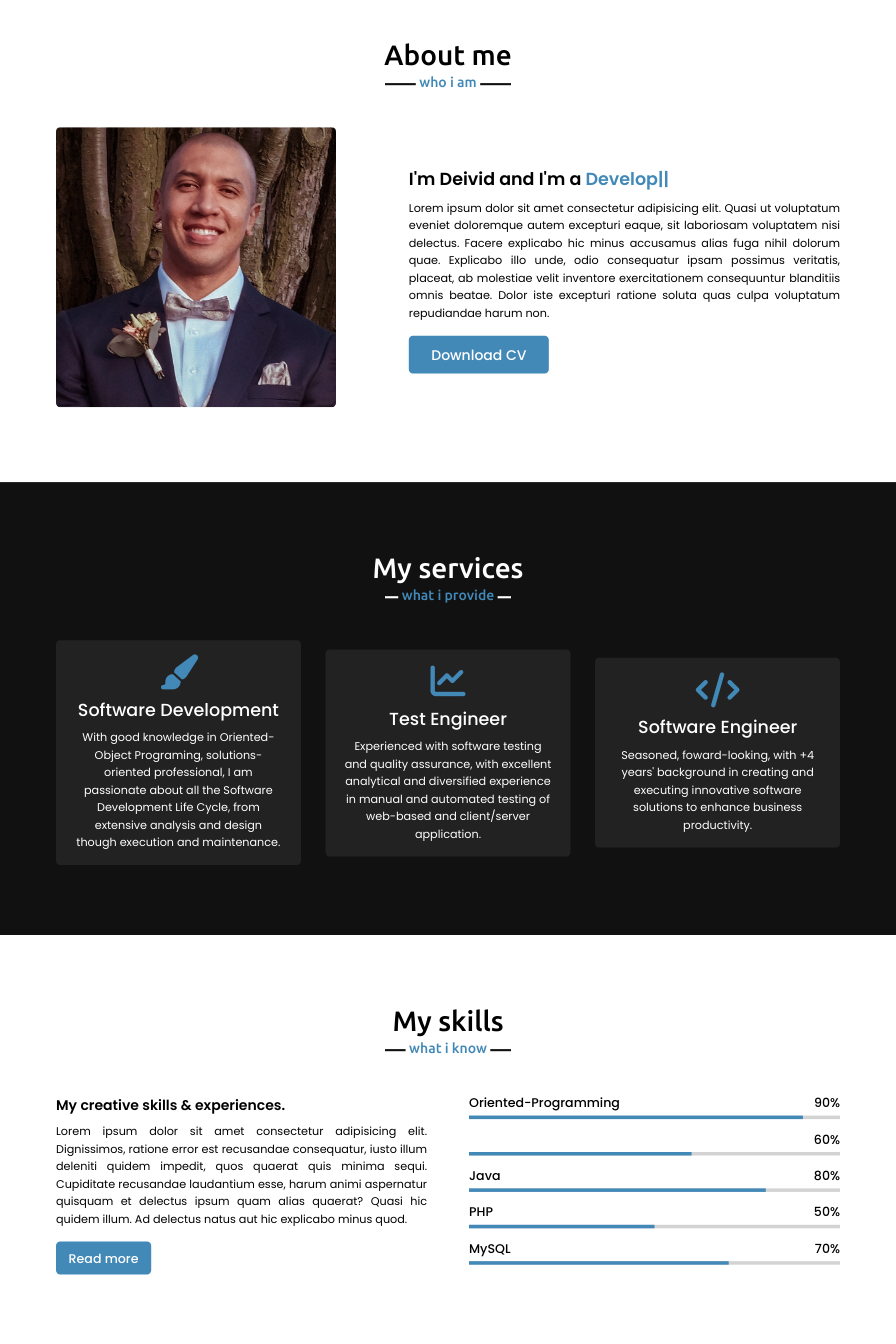
Repository: deividwsantoss/portfolio
Page: index.html
An editor plug-in stored every save of this project. The page is shown before and after the next save, followed by the edit.
The browser window is 1280 px wide. The pictures show the part of the page from y = 764 to 2684 px (the page is 4136 px tall), at 70% of full size.
Some web libraries are served in a nearby version.

Above is the page before, as saved 2021-03-02 09:23:14.

### index.html
<!DOCTYPE html>
<html lang="en">
    <head>
        <meta charset="UTF-8">
        <meta name="viewport" content="width=device-width, initial-scale=1.0">
       <title>Deivid Santos Portfolio</title>
        <link rel="stylesheet" href="/Content/style.css">
        <script src="https://kit.fontawesome.com/a076d05399.js"></script>
        <script  src="https://code.jquery.com/jquery-3.5.1.min.js"></script>
        <script src="https://cdnjs.cloudflare.com/ajax/libs/typed.js/2.0.11/typed.min.js"></script>
        <script src="https://cdnjs.cloudflare.com/ajax/libs/waypoints/4.0.1/jquery.waypoints.min.js"></script>
        <script src="https://cdnjs.cloudflare.com/ajax/libs/OwlCarousel2/2.3.4/owl.carousel.min.js"></script>
        <link rel="stylesheet" href="https://cdnjs.cloudflare.com/ajax/libs/OwlCarousel2/2.3.4/assets/owl.carousel.min.css"/>
    </head>
<body>
    <nav class="navbar">
        <div class="max-width">
            <div class="logo"><a href="#">Portifo<span>lio.</span></a></div>
            <ul class="menu">
                <li><a href="#home" class="menu-btn">Home</a></li>
                <li><a href="#about" class="menu-btn">About</a></li>
                <li><a href="#services" class="menu-btn">Services</a></li>
                <li><a href="#skills" class="menu-btn">Skills</a></li>
                <li><a href="#teams" class="menu-btn">Teams</a></li>
                <li><a href="#contact" class="menu-btn">Contact</a></li>
            </ul>
            <div class="menu-btn">
                <i class="fas fa-bars"></i>
            </div>
        </div>
    </nav>

    <!-- Home Section Start -->
    <section class="home" id="home">
        <div class="max-width">
            <div class="home-content">
                <div class="text-1">Hello, my name is </div>
                <div class="text-2">Deivid Santos</div>
                <div class="text-3">And I'm a  <span class="typing"></span></div>
            </div>
        </div>
    </section>
<!-- about section start -->
<section class="about" id="about">
    <div class="max-width">
        <h2 class="title">About me</h2>
        <div class="about-content">
            <div class="column left">
                <img src="images/profile-1.jpeg" alt="">
            </div>
            <div class="column right">
                <div class="text">I'm Deivid and I'm a <span class="typing-2"></span></div>
                <p>Lorem ipsum dolor sit amet consectetur adipisicing elit. Quasi ut voluptatum eveniet doloremque autem excepturi eaque, sit laboriosam voluptatem nisi delectus. Facere explicabo hic minus accusamus alias fuga nihil dolorum quae. Explicabo illo unde, odio consequatur ipsam possimus veritatis, placeat, ab molestiae velit inventore exercitationem consequuntur blanditiis omnis beatae. Dolor iste excepturi ratione soluta quas culpa voluptatum repudiandae harum non.</p>
                <a href="#">Download CV</a>
            </div>
        </div>
    </div>
</section>
  <!-- services section start -->
  <section class="services" id="services">
    <div class="max-width">
        <h2 class="title">My services</h2>
        <div class="serv-content">
            <div class="card">
                <div class="box">
                    <i class="fas fa-paint-brush"></i>
                    <div class="text">Software Development</div>
                    <p>With good knowledge in Oriented-Object Programing, solutions-oriented professional, I am passionate about all the Software Development Life Cycle, from extensive analysis and design though execution and maintenance. </p>
                </div>
            </div>
            <div class="card">
                <div class="box">
                    <i class="fas fa-chart-line"></i>
                    <div class="text">Test Engineer</div>
                    <p>Experienced with software testing and quality assurance, with excellent analytical and diversified experience in manual and automated testing of web-based and client/server application.  </p>
                </div>
            </div>
            <div class="card">
                <div class="box">
                    <i class="fas fa-code"></i>
                    <div class="text">Software Engineer</div>
                    <p>Seasoned, foward-looking, with +4 years' background in creating and executing innovative software solutions to enhance business productivity.</p>
                </div>
            </div>
           </div>
        </div>
    </div>
</section>

<!-- skills section start -->
<section class="skills" id="skills">
    <div class="max-width">
        <h2 class="title">My skills</h2>
        <div class="skills-content">
            <div class="column left">
                <div class="text">My creative skills & experiences.</div>
                <p>Lorem ipsum dolor sit amet consectetur adipisicing elit. Dignissimos, ratione error est recusandae consequatur, iusto illum deleniti quidem impedit, quos quaerat quis minima sequi. Cupiditate recusandae laudantium esse, harum animi aspernatur quisquam et delectus ipsum quam alias quaerat? Quasi hic quidem illum. Ad delectus natus aut hic explicabo minus quod.</p>
                <a href="#">Read more</a>
            </div>
            <div class="column right">
                <div class="bars">
                    <div class="info">
                        <span>Oriented-Programming</span>
                        <span>90%</span>
                    </div>
                    <div class="line html"></div>
                </div>
                <div class="bars">
                    <div class="info">
                        <span></span>
                        <span>60%</span>
                    </div>
                    <div class="line css"></div>
                </div>
                <div class="bars">
                    <div class="info">
                        <span>Java</span>
                        <span>80%</span>
                    </div>
                    <div class="line js"></div>
                </div>
                <div class="bars">
                    <div class="info">
                        <span>PHP</span>
                        <span>50%</span>
                    </div>
                    <div class="line php"></div>
                </div>
                <div class="bars">
                    <div class="info">
                        <span>MySQL</span>
                        <span>70%</span>
                    </div>
                    <div class="line mysql"></div>
                </div>
            </div>
        </div>
    </div>
</section>

<!-- speaking section start -->
<section class="teams" id="teams">
    <div class="max-width">
        <h2 class="title">My Languages</h2>
        <div class="carousel owl-carousel">
            <div class="card">
                <div class="box">
                    <img src="images/brazil.jpg" alt="">
                    <div class="text">Portuguese - Mother Language</div>
                    <p>I am Originally from Rio de Janeiro - Brazil and built-in with Portuguese language.                                               </p>
                </div>
            </div>
            <div class="card">
                <div class="box">
                    <img src="images/usa.png" alt="">
                    <div class="text">English - Fluent</div>
                    <p>A few years studying english and the opportunity of living in the USA and Canada had turn my english to a fluent level.   </p>
                </div>
            </div>
            <div class="card">
                <div class="box">
                    <img src="images/depositphotos_5100716-stock-illustration-spain-flag-icon.jpg" alt="">
                    <div class="text">Spanish - Basic</div>
                    <p>Learned in high-school only, however, since Portuguese is quite similar I am able to understand it quite well.                       </p>
                </div>
            </div>
            <div class="card">
                <div class="box">
                    <img src="images/germany.jpg" alt="">
                    <div class="text">German - Basic</div>
                    <p>Lorem ipsum dolor sit amet consectetur adipisicing elit.</p>
                </div>
            </div>
            <div class="card">
                <div class="box">
                    <img src="images/switzerland.jpg" alt="">
                    <div class="text">Someone name</div>
                    <p>Lorem ipsum dolor sit amet consectetur adipisicing elit.</p>
                </div>
            </div>
        </div>
    </div>
</section>

<!-- contact section start -->
<section class="contact" id="contact">
    <div class="max-width">
        <h2 class="title">Contact me</h2>
        <div class="contact-content">
            <div class="column left">
                <div class="text">Get in Touch</div>
                <p>Lorem, ipsum dolor sit amet consectetur adipisicing elit. Dignissimos harum corporis fuga corrupti. Doloribus quis soluta nesciunt veritatis vitae nobis?</p>
                <div class="icons">
                    <div class="row">
                        <i class="fas fa-user"></i>
                        <div class="info">
                            <div class="head">Name</div>
                            <div class="sub-title">Deivid Santos</div>
                        </div>
                    </div>
                    <div class="row">
                        <i class="fas fa-map-marker-alt"></i>
                        <div class="info">
                            <div class="head">Address</div>
                            <div class="sub-title">Luzern, Switzerland</div>
                        </div>
                    </div>
                    <div class="row">
                        <i class="fas fa-envelope"></i>
                        <div class="info">
                            <div class="head">Email</div>
                            <div class="sub-title">deivid.w.santos@gmail.com</div>
                        </div>
                    </div>
                </div>
            </div>
            <div class="column right">
                <div class="text">Message me</div>
                <form action="#">
                    <div class="fields">
                        <div class="field name">
                            <input type="text" placeholder="Name" required>
                        </div>
                        <div class="field email">
                            <input type="email" placeholder="Email" required>
                        </div>
                    </div>
                    <div class="field">
                        <input type="text" placeholder="Subject" required>
                    </div>
                    <div class="field textarea">
                        <textarea cols="30" rows="10" placeholder="Message.." required></textarea>
                    </div>
                    <div class="button">
                        <button type="submit">Send message</button>
                    </div>
                </form>
            </div>
        </div>
    </div>
</section>

<!-- footer section start -->
<footer>
    <span>Created By Deivid Santos | <span class="far fa-copyright"></span> 2021 All rights reserved.</span>
</footer>

<script src="script.js"></script>
</body>
</html>
    <script src="/Scripts/script.js" type="text/javascript"></script>
</body>
</html>

Loaded but not shown: Scripts/script.js (72 lines, source omitted); Content/style.css (673 lines, source omitted)

After the next save:
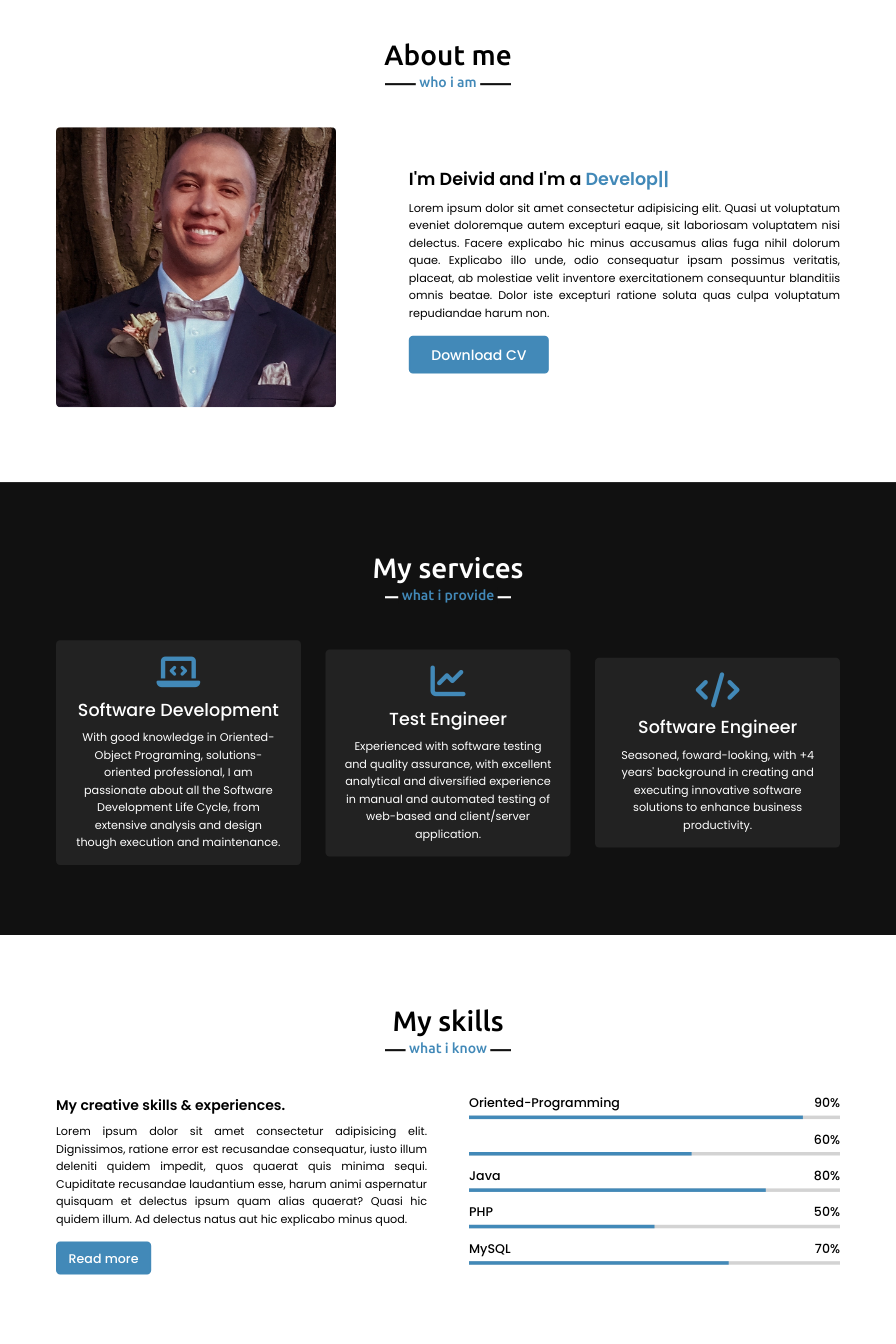
Saved 8 min 31 s later.
--- a/index.html
+++ b/index.html
@@ -63,7 +63,7 @@
         <div class="serv-content">
             <div class="card">
                 <div class="box">
-                    <i class="fas fa-paint-brush"></i>
+                    <i class="fas fa-laptop-code"></i>
                     <div class="text">Software Development</div>
                     <p>With good knowledge in Oriented-Object Programing, solutions-oriented professional, I am passionate about all the Software Development Life Cycle, from extensive analysis and design though execution and maintenance. </p>
                 </div>
@@ -168,7 +168,7 @@
                 <div class="box">
                     <img src="images/germany.jpg" alt="">
                     <div class="text">German - Basic</div>
-                    <p>Lorem ipsum dolor sit amet consectetur adipisicing elit.</p>
+                    <p>Studied the basics in a Deutsche-School  </p>
                 </div>
             </div>
             <div class="card">
